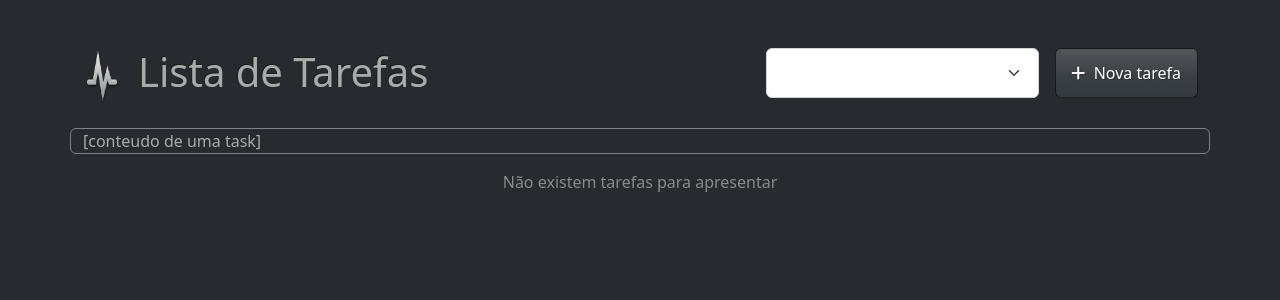
Repository: cargugati/lista_tarefas
Page: frontEnd/index.html
The author's editor kept a copy of each file at every save. The page is drawn from the files as they stood at one save, then again after a run of saves.
The browser window is 1280 px wide. The pictures show the whole page.

Above is the page before, as saved 2023-03-18 20:35:27.

### frontEnd/index.html
<!DOCTYPE html>
<html lang="pt-br">

<head>
  <meta charset="UTF-8">
  <meta http-equiv="X-UA-Compatible" content="IE=edge">
  <meta name="viewport" content="width=device-width, initial-scale=1.0">
  <title>Lista de Tarefas</title>
  <link rel="stylesheet" href="./assets/css/bootstrap.min.css">
  <link rel="stylesheet" href="./assets/fontawesome/css/all.min.css">
  <link rel="shortcut icon" href="./assets/images/favicon.png" type="image/png">
</head>

<body>
  <div class="container my-5">

    <!-- cabeçalho -->
    <div class="row mb-4">
      <div class="col">
        <div class="d-flex justify-content-start">
          <img src="./assets/images/favicon.png" alt="Logo" class="img-fluid me-3" width="40px">
          <h1>Lista de Tarefas</h1>
        </div>

      </div>
      <div class="col text-end">
        <div class="d-flex justify-content-end">
          <select id="select_filter" class="form-select w-50 me-3">
            <option value=""></option>
            <option value="1">1</option>
          </select>
          <a href="new_task.html" class="btn btn-primary"><i class="fa-solid fa-plus me-2"></i>Nova tarefa</a>
        </div>
      </div>
    </div>

    <!-- aspecto visual de uma tarefa -->
    <div class="row mb-3">
      <div class="col-12 border border-secondary rounded">
        [conteudo de uma task]
      </div>
    </div>


    <!-- sem tarefa -->
    <div class="row " id="no_tasks">
      <div class="col text-center">
        <span class="opacity-75">Não existem tarefas para apresentar</span>
      </div>
    </div>
  </div>


  <script src="./assets/js/bootstrap.bundle.min.js"></script>
</body>

</html>

Loaded but not shown: frontEnd/assets/css/bootstrap.min.css (library); frontEnd/assets/fontawesome/css/all.min.css (library); frontEnd/assets/js/bootstrap.bundle.min.js (library)

After the next 2 saves:
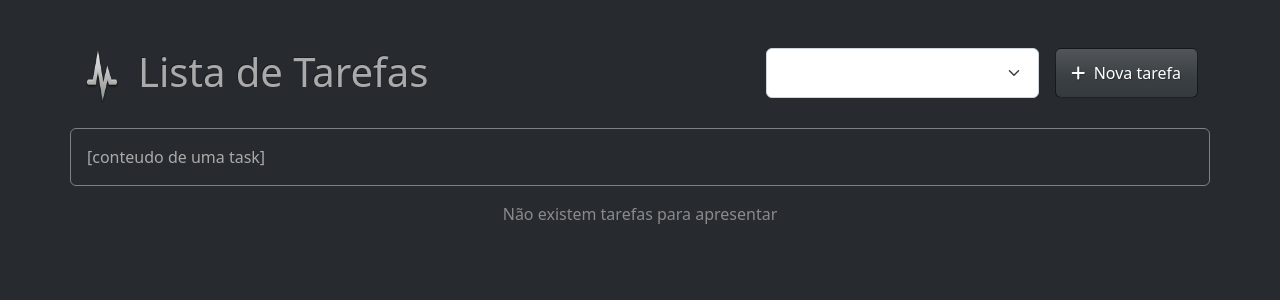
The 2 saves are shown as one change because they came seconds apart.
The last was saved 46 s later.
--- a/frontEnd/index.html
+++ b/frontEnd/index.html
@@ -36,7 +36,7 @@
 
     <!-- aspecto visual de uma tarefa -->
     <div class="row mb-3">
-      <div class="col-12 border border-secondary rounded">
+      <div class="col-12 border border-secondary rounded p-3">
         [conteudo de uma task]
       </div>
     </div>
